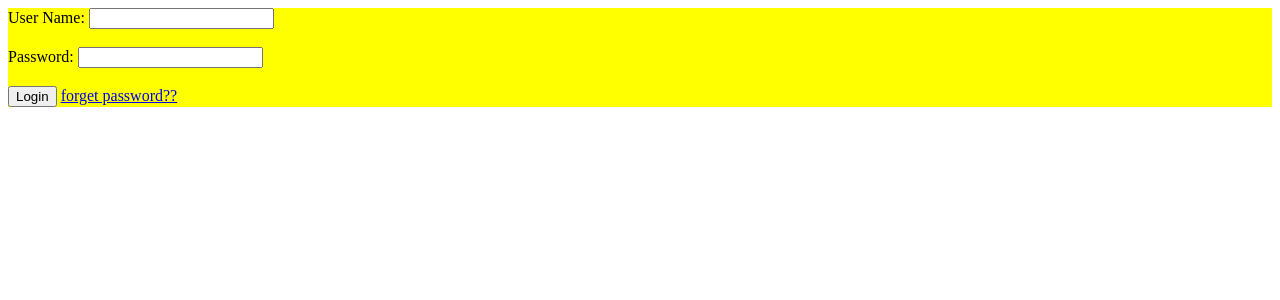
Repository: AmritOjha01/sms
Page: http://localhost/StudentManagementSystem/UserController?action=listUser
These files come from the project's save history. The page is drawn as it stood at one moment and after the next save; the edit follows.
The browser window is 1280 px wide. The pictures show the whole page.
The page is served by Tomcat 9. Other server files are loaded and not shown.

Above is the page before, as saved 2017-03-27 11:08:56.

### StudentManagementSystem/WebContent/login.jsp
<%@ page language="java" contentType="text/html; charset=ISO-8859-1"
	pageEncoding="ISO-8859-1"%>
<!DOCTYPE html PUBLIC "-//W3C//DTD HTML 4.01 Transitional//EN" "http://www.w3.org/TR/html4/loose.dtd">
<html>
<head>
<meta http-equiv="Content-Type" content="text/html; charset=ISO-8859-1">
<title>Insert title here</title>
</head>
<body>
	<form action="LoginController" method="post" style="background-color: yellow; border: solid  1 em, color: black; ">
		User Name: <input type="text" name="uName"><br>
		<br> Password: <input type="password" name="pass"><br>
		<br> <input type="submit" value="Login">
		<a href="LoginController?action=getpassword">forget password??</a>
	</form>
</body>
</html>

### StudentManagementSystem/src/com/krishna/sis/controller/UserController.java
package com.krishna.sis.controller;

import java.io.IOException;
import java.text.ParseException;
import java.text.SimpleDateFormat;
import java.util.Date;

import javax.servlet.RequestDispatcher;
import javax.servlet.ServletException;
import javax.servlet.annotation.WebServlet;
import javax.servlet.http.HttpServlet;
import javax.servlet.http.HttpServletRequest;
import javax.servlet.http.HttpServletResponse;
import javax.servlet.http.HttpSession;

import com.krishna.sis.dto.UserDTO;
import com.krishna.sis.service.UserService;
import com.krishna.sis.service.UserServiceImpl;
import com.krishna.sis.util.EmailUtility;

@WebServlet("/UserController")
public class UserController extends HttpServlet {
	private static final long serialVersionUID = 1L;
	private static String INSERT_OR_EDIT = "/userCreate.jsp";
	private static String LIST_USER = "/userList.jsp";
	private static String LOGIN = "/login.jsp";
	private static String PREVIOUS_PWD = "/previousUserPassword.jsp";

	private UserService userService;

	public UserController() {
		super();
		userService = new UserServiceImpl();
	}

	protected void doGet(HttpServletRequest request, HttpServletResponse response)
			throws ServletException, IOException {
		String forward = "";
		String name = "";
		HttpSession session = request.getSession(false);
		if (session != null)
			name = (String) session.getAttribute("uname");
		else
			name = null;
		if (name != null) {
			String action = request.getParameter("action");

			if (action.equalsIgnoreCase("delete")) {
				int userId = Integer.parseInt(request.getParameter("userid"));
				userService.deleteUser(userId);
				forward = LIST_USER;
				request.setAttribute("users", userService.getAllUsers());
			} else if (action.equalsIgnoreCase("edit")) {
				forward = INSERT_OR_EDIT;
				int userId = Integer.parseInt(request.getParameter("userid"));
				UserDTO user = userService.getUserById(userId);
				request.setAttribute("user", user);
			} else if (action.equalsIgnoreCase("listUser")) {
				forward = LIST_USER;
				request.setAttribute("users", userService.getAllUsers());
			} else if (action.equalsIgnoreCase("insert")) {
				forward = INSERT_OR_EDIT;
			} else {
				forward = PREVIOUS_PWD;

			}
		} else {
			forward = LOGIN;
		}
		RequestDispatcher view = request.getRequestDispatcher(forward);
		view.forward(request, response);
	}

	protected void doPost(HttpServletRequest request, HttpServletResponse response)
			throws ServletException, IOException {
		UserDTO userDTO = new UserDTO();
		userDTO.setFirstName(request.getParameter("firstName"));
		userDTO.setLastName(request.getParameter("lastName"));
		userDTO.setUsername(request.getParameter("username"));
		userDTO.setPassword(request.getParameter("password"));
		String dateOfBirth = request.getParameter("dob");
		try {
			Date dob = new SimpleDateFormat("yyyy-MM-dd").parse(dateOfBirth);
			userDTO.setDob(dob);
		} catch (ParseException e) {
			e.printStackTrace();
		}
		userDTO.setEmail(request.getParameter("email"));
		String userid = request.getParameter("userid");
		if (userid == null || userid.isEmpty()) {
			userService.saveUser(userDTO);
			EmailUtility.sendEmail(userDTO.getPassword());
		} else {
			userDTO.setUserId(Integer.parseInt(userid));
			userService.updateUser(userDTO);
		}

		RequestDispatcher view = request.getRequestDispatcher(LIST_USER);
		request.setAttribute("users", userService.getAllUsers());
		view.forward(request, response);
	}
}

### StudentManagementSystem/src/com/krishna/sis/service/UserServiceImpl.java
package com.krishna.sis.service;

import java.util.List;

import com.krishna.sis.dao.UserDao;
import com.krishna.sis.dao.UserDaoImpl;
import com.krishna.sis.dto.UserDTO;

public class UserServiceImpl implements UserService {

	UserDao userDao = new UserDaoImpl();

	@Override
	public boolean saveUser(UserDTO userDTO) {
		return userDao.saveUser(userDTO);
	}

	@Override
	public boolean updateUser(UserDTO userDTO) {
		return userDao.updateUser(userDTO);
	}

	@Override
	public List<UserDTO> getAllUsers() {
		return userDao.getAllUsers();
	}

	@Override
	public UserDTO getUserById(int userId) {
		return userDao.getUserById(userId);
	}

	@Override
	public void deleteUser(int userId) {
		userDao.deleteUser(userId);

	}

	@Override
	public UserDTO getUserByUserNameAndPassword(String username, String password) {
		return userDao.getUserByUserNameAndPassword(username, password);
	}

	@Override
	public UserDTO getPasswordByEmail(String email) {

		return userDao.getPasswordByEmail(email);
	}

	@Override
	public UserDTO getPasswordByPassword(String pwd) {

		return userDao.getPasswordByPassword(pwd);
	}

}

### StudentManagementSystem/src/com/krishna/sis/dao/UserDao.java
package com.krishna.sis.dao;

import java.util.List;

import com.krishna.sis.dto.UserDTO;

public interface UserDao {
	public boolean saveUser(UserDTO userDTO);

	public boolean updateUser(UserDTO userDTO);

	public List<UserDTO> getAllUsers();

	public UserDTO getUserById(int userId);

	public void deleteUser(int userId);

	public UserDTO getUserByUserNameAndPassword(String username, String password);

	public UserDTO getPasswordByEmail(String email);

	public UserDTO getPasswordByPassword(String pwd);
}

### StudentManagementSystem/src/com/krishna/sis/dao/UserDaoImpl.java
package com.krishna.sis.dao;

import java.sql.PreparedStatement;
import java.sql.ResultSet;
import java.util.ArrayList;
import java.util.List;

import com.krishna.sis.dto.UserDTO;
import com.krishna.sis.util.DbUtil;
import com.krishna.sis.util.QueryUtil;

public class UserDaoImpl implements UserDao {
	public boolean saveUser(UserDTO userDTO) {
		PreparedStatement ps = null;
		int savedUser = 0;
		try {
			ps = DbUtil.getConnection().prepareStatement(QueryUtil.CREATE_USER);
			// ps.setNull(1, java.sql.Types.INTEGER);
			ps.setString(1, userDTO.getFirstName());
			ps.setString(2, userDTO.getLastName());
			ps.setString(3, userDTO.getEmail());
			ps.setDate(4, new java.sql.Date(userDTO.getDob().getTime()));
			ps.setString(5, userDTO.getUsername());
			ps.setString(6, userDTO.getPassword());
			savedUser = ps.executeUpdate();

		} catch (Exception ex) {
			ex.printStackTrace();
		} finally {
			DbUtil.closeAll(ps);
		}
		if (savedUser >= 1) {
			return true;
		}
		return false;
	}

	public boolean updateUser(UserDTO userDTO) {
		PreparedStatement ps = null;
		int uUpdated = 0;
		try {
			ps = DbUtil.getConnection().prepareStatement(QueryUtil.UPDATE_USER);
			ps.setString(1, userDTO.getFirstName());
			ps.setString(2, userDTO.getLastName());
			ps.setString(3, userDTO.getEmail());
			ps.setDate(4, new java.sql.Date(userDTO.getDob().getTime()));
			ps.setString(5, userDTO.getPassword());
			ps.setInt(6, userDTO.getUserId());
			uUpdated = ps.executeUpdate();
		} catch (Exception ex) {
			ex.printStackTrace();
		} finally {
			DbUtil.closeAll(ps);
		}
		if (uUpdated >= 1) {
			return true;
		}
		return false;
	}

	public List<UserDTO> getAllUsers() {
		List<UserDTO> users = new ArrayList<UserDTO>();
		PreparedStatement ps = null;
		try {
			ps = DbUtil.getConnection().prepareStatement(QueryUtil.GET_ALL_USER);
			ResultSet rs = ps.executeQuery();
			while (rs.next()) {
				UserDTO userDTO = new UserDTO();
				userDTO.setUserId(rs.getInt("user_id"));
				userDTO.setFirstName(rs.getString("first_name"));
				userDTO.setLastName(rs.getString("last_name"));
				userDTO.setDob(rs.getDate("dob"));
				userDTO.setEmail(rs.getString("email"));
				userDTO.setUsername(rs.getString("username"));
				users.add(userDTO);
			}
		} catch (Exception ex) {
			ex.printStackTrace();
		} finally {
			DbUtil.closeAll(ps);
		}

		return users;
	}

	public UserDTO getUserById(int userId) {
		UserDTO user = new UserDTO();
		PreparedStatement ps = null;
		try {
			ps = DbUtil.getConnection().prepareStatement(QueryUtil.GET_USER_BY_ID);
			ps.setInt(1, userId);
			ResultSet rs = ps.executeQuery();
			if (rs.next()) {
				user.setUserId(rs.getInt("user_id"));
				user.setFirstName(rs.getString("first_name"));
				user.setLastName(rs.getString("last_name"));
				user.setDob(rs.getDate("dob"));
				user.setEmail(rs.getString("email"));
				user.setUsername(rs.getString("username"));
			}
		} catch (Exception ex) {
			ex.printStackTrace();
		} finally {
			DbUtil.closeAll(ps);
		}
		return user;
	}

	public void deleteUser(int userId) {
		PreparedStatement ps = null;
		try {
			ps = DbUtil.getConnection().prepareStatement(QueryUtil.DELETE_USER);
			ps.setInt(1, userId);
			ps.executeUpdate();

		} catch (Exception ex) {
			ex.printStackTrace();
		} finally {
			DbUtil.closeAll(ps);
		}
	}

	public UserDTO getUserByUserNameAndPassword(String username, String password) {
		UserDTO user = new UserDTO();
		PreparedStatement ps = null;
		try {
			ps = DbUtil.getConnection().prepareStatement(QueryUtil.GET_USER_BY_USERNAME_AND_PASSWORD);
			ps.setString(1, username);
			ps.setString(2, password);
			ResultSet rs = ps.executeQuery();
			if (rs.next()) {
				user.setUserId(rs.getInt("user_id"));
				user.setUsername(rs.getString("username"));
				user.setPassword(rs.getString("password"));
			}
		} catch (Exception ex) {
			ex.printStackTrace();
		} finally {
			DbUtil.closeAll(ps);
		}
		return user;
	}

	@Override
	public UserDTO getPasswordByEmail(String email) {
		UserDTO user = new UserDTO();
		PreparedStatement ps = null;
		try {
			ps = DbUtil.getConnection().prepareStatement(QueryUtil.GET_BY_EMAIL);
			ps.setString(1, email);
			ResultSet rs = ps.executeQuery();
			if (rs.next()) {
				user.setUserId(rs.getInt("user_id"));
				user.setFirstName(rs.getString("first_name"));
				user.setLastName(rs.getString("last_name"));
				user.setDob(rs.getDate("dob"));
				user.setEmail(rs.getString("email"));
				user.setUsername(rs.getString("username"));
				user.setPassword(rs.getString("password"));
			}
		} catch (Exception ex) {
			ex.printStackTrace();
		} finally {
			DbUtil.closeAll(ps);
		}
		return user;
	}

	@Override
	public UserDTO getPasswordByPassword(String pwd) {

		UserDTO user = new UserDTO();
		PreparedStatement ps = null;
		try {
			ps = DbUtil.getConnection().prepareStatement(QueryUtil.GET_PASSWORD_BY_PASSWORD);
			ps.setString(1, pwd);
			ResultSet rs = ps.executeQuery();
			if (rs.next()) {
				user.setUserId(rs.getInt("user_id"));
				user.setFirstName(rs.getString("first_name"));
				user.setLastName(rs.getString("last_name"));
				user.setDob(rs.getDate("dob"));
				user.setEmail(rs.getString("email"));
				user.setUsername(rs.getString("username"));
				user.setPassword(rs.getString("password"));
			}
		} catch (Exception ex) {
			ex.printStackTrace();
		} finally {
			DbUtil.closeAll(ps);
		}
		return user;
	}
}

After the next save:
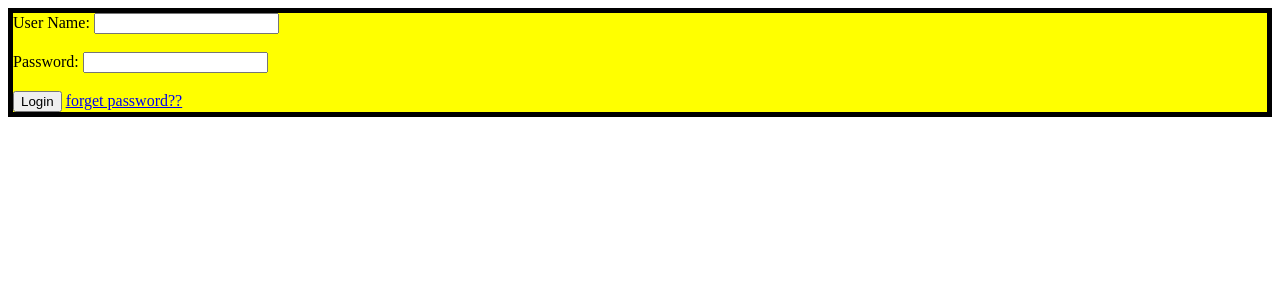
Saved 87 s later.
--- a/StudentManagementSystem/WebContent/login.jsp
+++ b/StudentManagementSystem/WebContent/login.jsp
@@ -7,11 +7,12 @@
 <title>Insert title here</title>
 </head>
 <body>
-	<form action="LoginController" method="post" style="background-color: yellow; border: solid  1 em, color: black; ">
-		User Name: <input type="text" name="uName"><br>
-		<br> Password: <input type="password" name="pass"><br>
-		<br> <input type="submit" value="Login">
-		<a href="LoginController?action=getpassword">forget password??</a>
+	<form action="LoginController" method="post"
+		style="background-color: yellow; border-width: 5px; border-style: solid;">
+		User Name: <input type="text" name="uName"><br> <br>
+		Password: <input type="password" name="pass"><br> <br>
+		<input type="submit" value="Login"> <a
+			href="LoginController?action=getpassword">forget password??</a>
 	</form>
 </body>
 </html>
